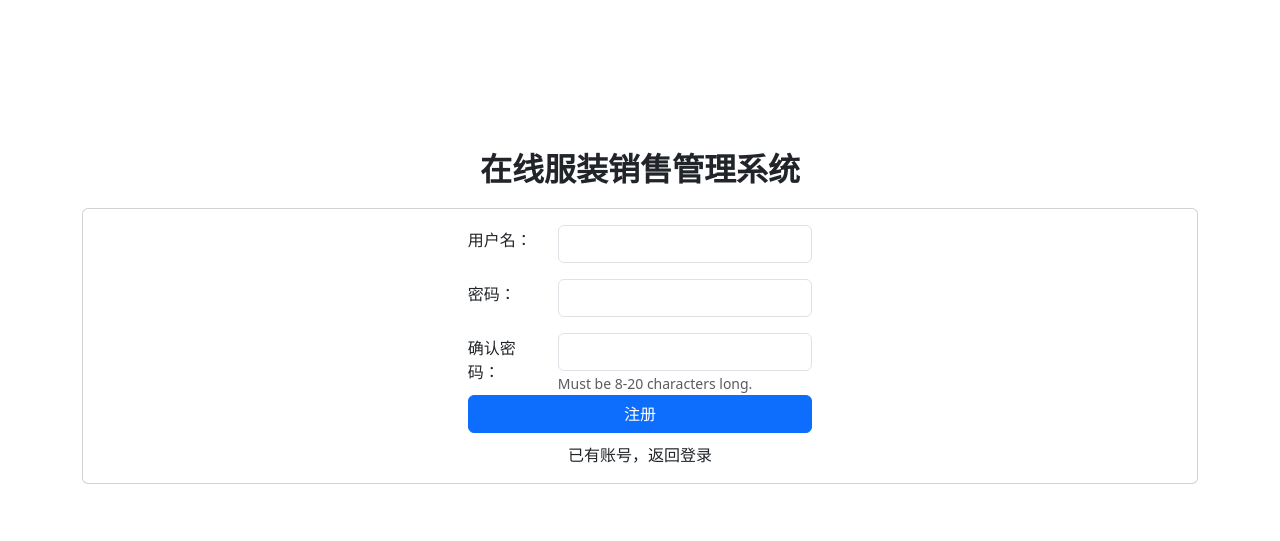
Repository: squawktop/CFS
Page: /user/register (app in web/)
An editor plug-in stored every save of this project. The page is shown before and after the next save, followed by the edit.
The browser window is 1280 px wide. The pictures show the whole page.
The project was rebuilt for these pictures with package versions that can differ from the ones it lists, and the page was loaded fresh each time. Also part of the build but not shown: web/vue.config.js, web/src/views/LoginView.vue, web/src/components/NavBar.vue, web/src/views/HomeView.vue, web/src/views/UsersManageView.vue, web/src/views/PersonalCenterView.vue, web/src/views/GoodsManageView.vue, web/src/views/OrdersManageView.vue and 1 more.

Above is the page before, as saved 2024-03-23 18:37:48.

### web/src/App.vue
<template>
  <RouterView></RouterView>
</template>

<script>


// 导入bootstrap
import "bootstrap/dist/css/bootstrap.min.css"
import "bootstrap/dist/js/bootstrap"
// import { ref } from "vue";

// import $ from 'jquery';
export default {
  components: {

  }
  ,
  setup() {
    // const user_id = ref("");
    // const username = ref("");
    // const password = ref("");

    // $.ajax({
    //   type: "get",
    //   url: "http://127.0.0.1:3000/user/getlist",
    //   success(resp) {
    //     user_id.value = resp[0].id;
    //     username.value = resp[0].username;
    //     password.value = resp[0].password;

    //   },
    //   error() {
    //     this.user_id = "error"
    //   }
    // })




    return {

    }
  }

}

</script>

<style></style>

### web/src/router/index.js
import { createRouter, createWebHistory } from 'vue-router'
// import HomeView from '../views/HomeView.vue'
import LoginView from '../views/LoginView.vue'
import RegisterView from '../views/RegisterView.vue'
import HomeView from '../views/HomeView.vue'
import UsersManageView from '../views/UsersManageView.vue'
import PersonalCenterView from '../views/PersonalCenterView.vue'
import GoodsManageView from '../views/GoodsManageView.vue'
import OrdersManageView from '../views/OrdersManageView.vue'
import NotFound from '../views/NotFoundView.vue'
import store from '@/store/index'

const routes = [
  {
    path: '/',
    name: 'home',
    component: HomeView,
    // redirect: "/user/register",
    meta: { //该页面是否需要授权      //随便写， 也可以设置为   flag : true;
      requestAuth: true,
    }
  },

  {
    path: '/user/login',
    name: 'user_login',
    component: LoginView,
    meta: {
      requestAuth: false,
    }
  },

  {
    path: '/user/register',
    name: 'user_register',
    component: RegisterView,
    meta: { //该页面是否需要授权
      requestAuth: false,
    }
  },
  {
    path: '/user/personalcenter',
    name: 'personal_center',
    component: PersonalCenterView,
    meta: { //该页面是否需要授权
      requestAuth: true,
    }
  },

  {
    path: '/user/usermanage',
    name: 'user_manage',
    component: UsersManageView,
    meta: { //该页面是否需要授权
      requestAuth: true,
    }
  }
  ,
  {
    path: '/goods/manage',
    name: 'goods_manage',
    component: GoodsManageView,
    meta: { //该页面是否需要授权
      requestAuth: true,
    }
  }, {
    path: '/orders/manage',
    name: 'orders_manage',
    component: OrdersManageView,
    meta: { //该页面是否需要授权
      requestAuth: true,
    }
  },


  {
    path: "/404/",
    name: "404",
    component: NotFound
  },
  {
    path: "/:catchAll(.*)",
    redirect: "/404/",  //页面重定向到404
  }
]

const router = createRouter({
  history: createWebHistory(),
  routes
})

router.beforeEach((to, from, next) => {
  if (to.meta.requestAuth && !store.state.user.is_login) {
    next({ name: "user_login" });
  } else {
    next();
  }
})

export default router

### web/src/store/index.js
import { createStore } from 'vuex'
import ModuleUser from '@/store/user'

export default createStore({
  state: {
  },
  getters: {
  },
  mutations: {
  },
  actions: {
  },
  modules: {
    user: ModuleUser,
  }
})

### web/src/views/RegisterView.vue
<template>
    <div class="background">
        <h2>在线服装销售管理系统</h2>
        <ContentField>
            <div class="row justify-content-md-center">
                <div class="col-4">
                    <!--  -->
                    <form @submit.prevent="register">
                        <!-- <div class="mb-3">
                            <label for="username" class="form-label">用户名</label>
                            <input v-model="username" type="text" class="form-control" id="username"
                                placeholder="请输入用户名" />
                        </div>
                        <div class="mb-3">
                            <label for="password" class="form-label">密码</label>
                            <input v-model="password" type="password" class="form-control" id="password"
                                placeholder="请输入密码" />
                        </div>
                        <div class="mb-3">
                            <label for="confirmedPassword" class="form-label">确认密码</label>
                            <input v-model="confirmedPassword" type="password" class="form-control"
                                id="confirmedPassword" placeholder="请再次输入密码" />
                        </div>
                        <div class="error-message">{{ error_message }} </div>
                        <button type="submit" class="btn btn-primary">注册</button>
                        <div class="tip" @click="loginview">已有账号，返回登录</div> -->

                        <div class="row g-3 align-items-center">
                            <div class="col-sm-3">
                                <label for="username" class="form-label">用户名：</label>
                            </div>
                            <div class="col-sm-9">
                                <input type="text" id="username" class="form-control">
                            </div>

                            <div class="col-sm-3">
                                <label for="password" class="form-label">密码：</label>
                            </div>
                            <div class="col-sm-9">
                                <input type="password" id="password" class="form-control">
                            </div>

                            <div class="col-sm-3">
                                <label for="confirmedPassword" class="form-label">确认密码：</label>
                            </div>
                            <div class="col-sm-9">
                                <input type="password" id="confirmedPassword" class="form-control">
                                <span id="passwordHelpInline" class="form-text text-muted">
                                    Must be 8-20 characters long.
                                </span>
                            </div>
                        </div>

                        <button type="submit" class="btn btn-primary">注册</button>
                        <div class="tip" @click="loginview">已有账号，返回登录</div>



                    </form>
                </div>
            </div>
        </ContentField>
    </div>

</template>

<script>
import ContentField from "@/components/ContentField.vue";
import { ElMessage } from 'element-plus'
import { ref } from 'vue'
import router from "@/router/index";
import $ from 'jquery'

export default {
    components: {
        ContentField,
    },
    setup() {
        let username = ref('');
        let password = ref('');
        let confirmedPassword = ref('');
        let error_message = ref('');

        const register = () => {
            $.ajax({
                url: "http://127.0.0.1:3000/api/user/account/register/",
                type: "post",
                data: {
                    username: username.value,
                    password: password.value,
                    confirmedPassword: confirmedPassword.value,
                },
                success(resp) {
                    if (resp.error_message === 'success') {
                        ElMessage.success("注册成功，请登录");
                        router.push({ name: "user_login" });
                    } else {
                        error_message.value = resp.error_message;
                    }
                }
            })
        }

        const loginview = () => {
            router.push({ name: "user_login" });
        }

        return {
            username,
            password,
            confirmedPassword,
            error_message,
            register,
            loginview,
        }
    }
};
</script>

<style scoped>
h2 {

    text-align: center;
    margin-top: 150px;
    font-weight: bold;
}

button {
    width: 100%;
}

div.error-message {
    color: red;
}

.tip {
    cursor: pointer;
    text-align: center;
    margin-top: 10px;

}

.tip:hover {
    text-decoration: underline;
}
</style>

### web/src/store/user.js
import router from '@/router';
import $ from 'jquery'
export default {
    state: {
        id: "",
        username: "",
        photo: "",
        token: "",
        is_login: false,
        pulling_info: true,
    },
    getters: {
    },
    mutations: {        //一般是用来修改数据的
        updateUser(state, user) {
            state.id = user.id;
            state.username = user.username;
            state.photo = user.photo;
            state.is_login = user.is_login;
        },
        updateToken(state, token) {
            state.token = token;
        },
        logout(state) {
            state.id = "";
            state.username = "";
            state.photo = "";
            state.token = "";
            state.is_login = false;
            router.push({ name: "user_login" });
        },
        updatePullingInfo(state, pulling_info) {
            state.pulling_info = pulling_info;
        },
    },

    actions: {

        login(context, data) {
            $.ajax({
                url: "http://127.0.0.1:3000/api/user/account/token/",
                type: "post",
                data: {
                    username: data.username,
                    password: data.password,
                },
                success(resp) {
                    if (resp.error_message === "success") {
                        localStorage.setItem("jwt_token", resp.token);
                        context.commit("updateToken", resp.token);
                        data.success(resp);
                    } else {
                        data.error(resp);
                    }
                },
                error(resp) {
                    data.error(resp)
                },
            });
        },
        getinfo(context, data) {
            $.ajax({
                url: "http://127.0.0.1:3000/api/user/account/info/",
                type: "get",
                headers: {
                    Authorization:
                        "Bearer " + context.state.token,
                },
                success(resp) {
                    if (resp.error_message === "success") {
                        // console.log(resp);
                        context.commit("updateUser", {
                            ...resp,
                            is_login: true,

                        });
                        data.success(resp);
                    } else {
                        data.success(resp);
                    }

                },
                error(resp) {
                    data.error(resp);
                },
            });

        },
        logout(context) {
            localStorage.removeItem("jwt_token");
            context.commit("logout")
        }
    },
    modules: {
    }
}

### web/src/components/ContentField.vue
<template>
    <div class="container content-field">
        <div class="card">
            <div class="card-body">
                <slot></slot>
            </div>
        </div>
    </div>
</template>

<script>
</script>

<style scoped>
div.content-field {
    margin-top: 20px;
}
</style>

Loaded but not shown: web/public/index.html (common file); web/src/main.js (common file)

After the next save:
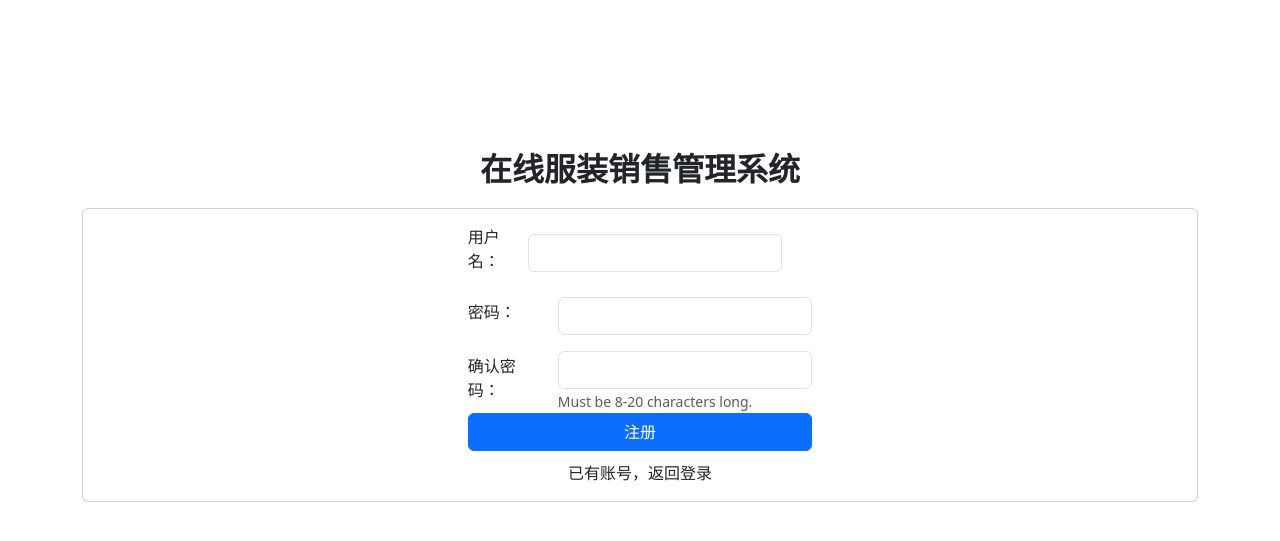
Saved 23 s later.
--- a/web/src/views/RegisterView.vue
+++ b/web/src/views/RegisterView.vue
@@ -26,7 +26,7 @@
                         <div class="tip" @click="loginview">已有账号，返回登录</div> -->
 
                         <div class="row g-3 align-items-center">
-                            <div class="col-sm-3">
+                            <div class="col-sm-2">
                                 <label for="username" class="form-label">用户名：</label>
                             </div>
                             <div class="col-sm-9">

After the save that followed:
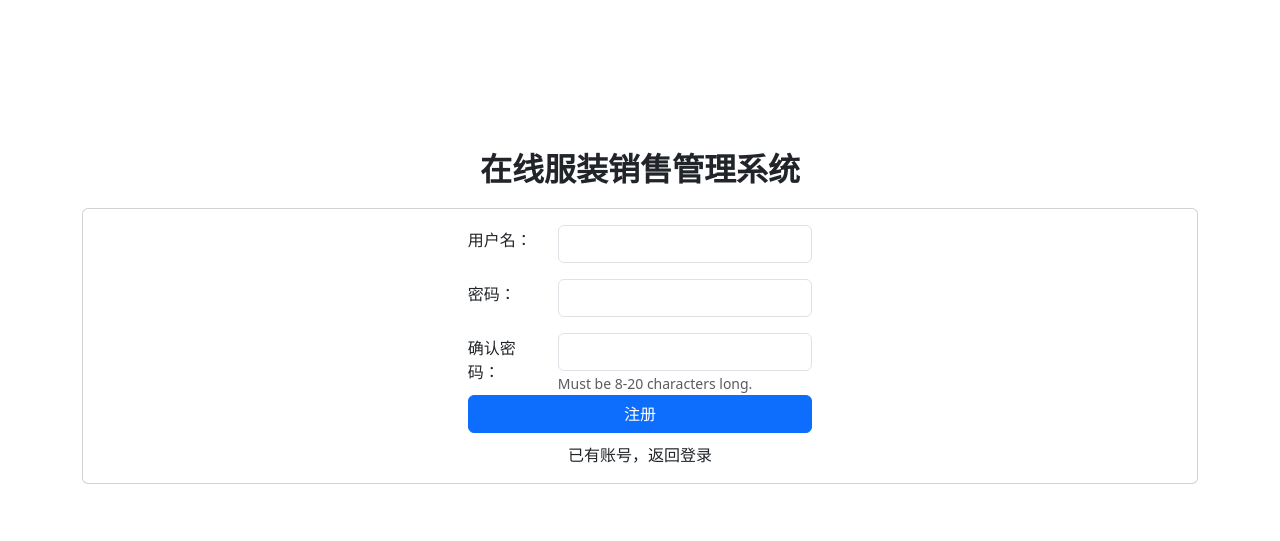
Saved 9 s later.
--- a/web/src/views/RegisterView.vue
+++ b/web/src/views/RegisterView.vue
@@ -26,7 +26,7 @@
                         <div class="tip" @click="loginview">已有账号，返回登录</div> -->
 
                         <div class="row g-3 align-items-center">
-                            <div class="col-sm-2">
+                            <div class="col-sm-3">
                                 <label for="username" class="form-label">用户名：</label>
                             </div>
                             <div class="col-sm-9">
